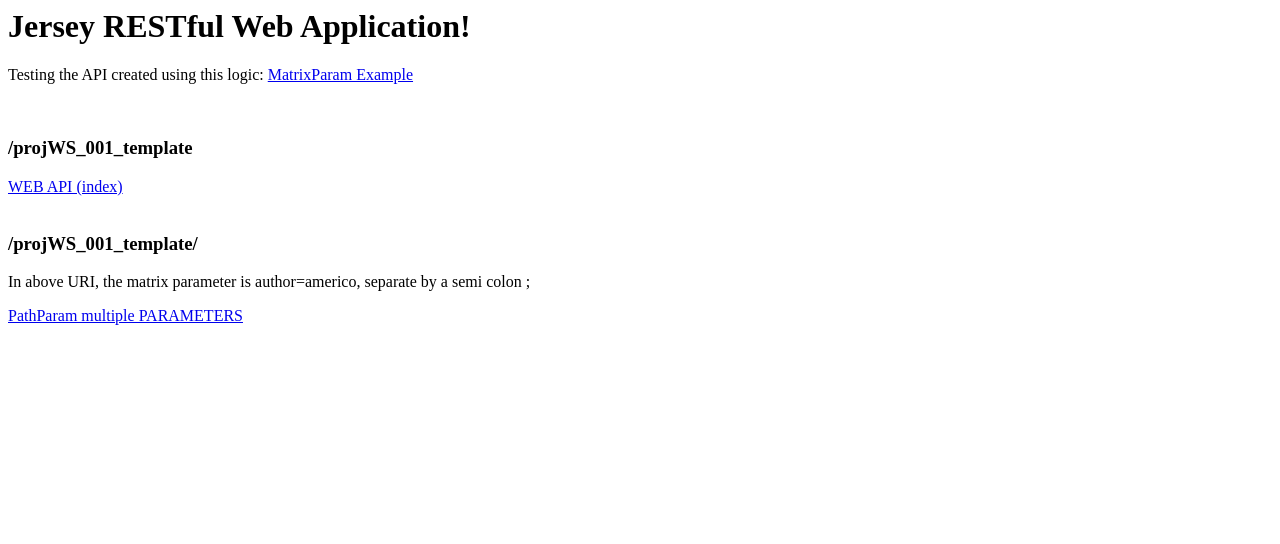
Repository: atafs/BackEnd_JAX-RS_REST_2continue
Page: http://localhost/projWS_001_template/
An editor plug-in stored every save of this project. The page is shown before and after the next save, followed by the edit.
The browser window is 1280 px wide. The pictures show the whole page.
The page is served by Tomcat 9. Other server files are loaded and not shown.

Above is the page before, as saved 2016-05-02 11:47:55.

### projWS_001_template/src/main/webapp/index.jsp
<html>
<body>
     <!-- TITLE -->
	<h1>Jersey RESTful Web Application!</h1>

	<!-- TXT -->
	<p>Testing the API created using this logic:
		<a href="http://www.mkyong.com/webservices/jax-rs/jax-rs-matrixparam-example/">MatrixParam Example</a>
	</p><br/>

	<!-- LINKS -->
	<h3>/projWS_001_template</h3>
	<a href="http://localhost:8085/projWS_001_template/">WEB API (index)</a><br/><br/>

	<h3>/projWS_001_template/</h3>
	<p>In above URI, the matrix parameter is author=americo, separate by a semi colon ;</p>
	<a href="http://localhost:8085/projWS_001_template/">PathParam multiple PARAMETERS</a><br/><br/>



    <!-- ######################################## -->
</body>
</html>

After the next save:
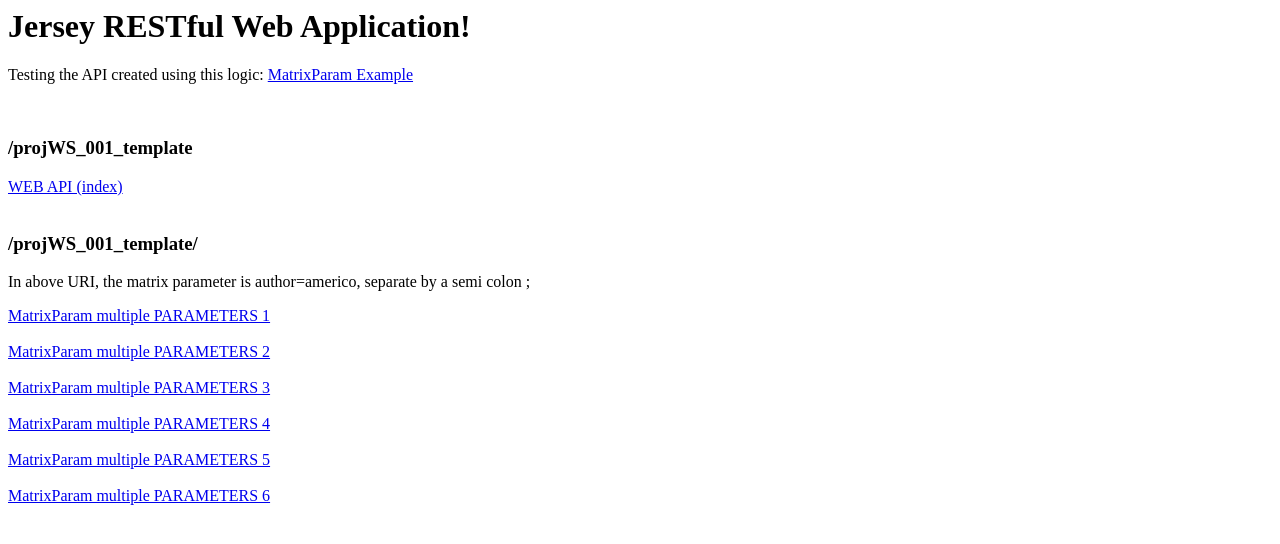
Saved 83 s later.
--- a/projWS_001_template/src/main/webapp/index.jsp
+++ b/projWS_001_template/src/main/webapp/index.jsp
@@ -14,7 +14,13 @@
 
 	<h3>/projWS_001_template/</h3>
 	<p>In above URI, the matrix parameter is author=americo, separate by a semi colon ;</p>
-	<a href="http://localhost:8085/projWS_001_template/">PathParam multiple PARAMETERS</a><br/><br/>
+	<a href="http://localhost:8085/projWS_001_template/books/2011/">MatrixParam multiple PARAMETERS 1</a><br/><br/>
+	<a href="http://localhost:8085/projWS_001_template/books/2011/">MatrixParam multiple PARAMETERS 2</a><br/><br/>
+	<a href="http://localhost:8085/projWS_001_template/books/2011/">MatrixParam multiple PARAMETERS 3</a><br/><br/>
+	<a href="http://localhost:8085/projWS_001_template/books/2011/">MatrixParam multiple PARAMETERS 4</a><br/><br/>
+	<a href="http://localhost:8085/projWS_001_template/books/2011/">MatrixParam multiple PARAMETERS 5</a><br/><br/>
+	<a href="http://localhost:8085/projWS_001_template/books/2011/">MatrixParam multiple PARAMETERS 6</a><br/><br/>
+
 
 
 
